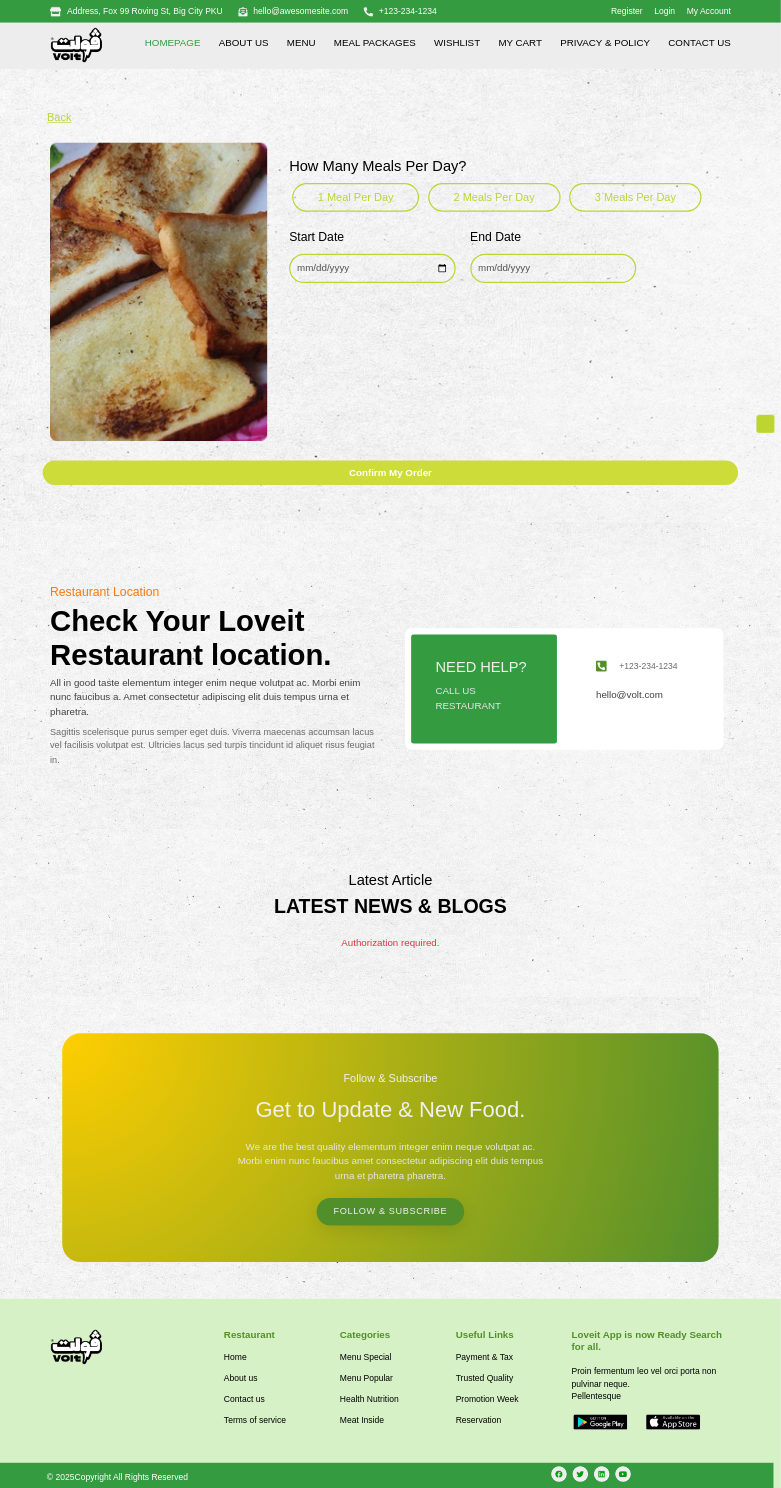
Repository: junivig/volt-new-project
Page: meal-packages-detail.html
An editor plug-in stored every save of this project. The page is shown before and after the next save, followed by the edit.
The browser window is 1280 px wide. The pictures show the whole page, at 61% of full size.

Above is the page before, as saved 2025-02-27 15:37:27.

After the next save:
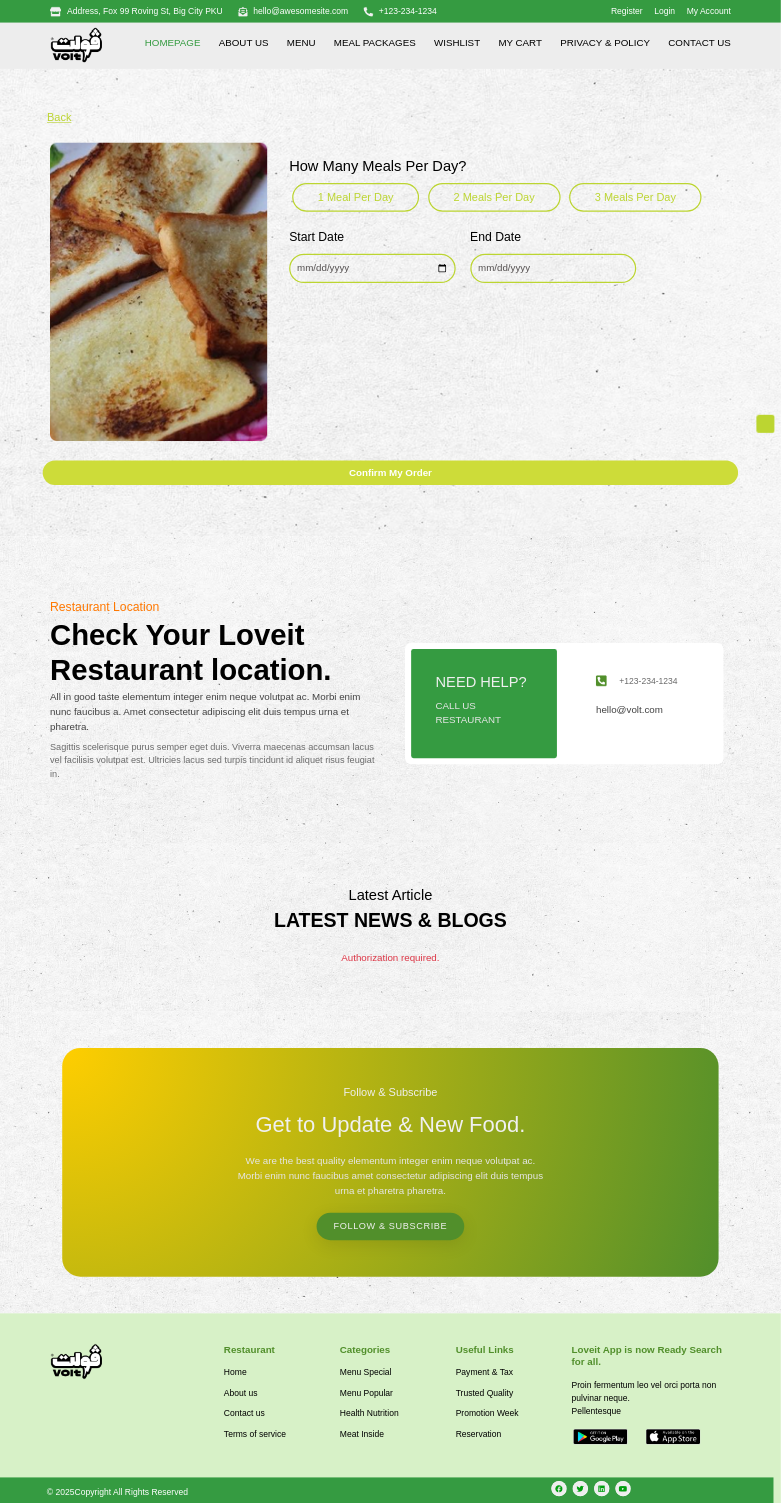
Saved 15 s later.
--- a/meal-packages-detail.html
+++ b/meal-packages-detail.html
@@ -193,6 +193,10 @@
                 <div class="row mt-4">
                   <button id="order-submit" class="btn btn-meal-details mt-2">Confirm My Order </button>
                 </div>
+
+                <div class="row mt-4">
+                  <form id="payment-form" action="http://127.0.0.1:5500/payment-success.html" class="paymentWidgets" data-brands="VISA MASTER MADA"></form>
+                </div>
               </div>
             </section><!-- /Signature Section -->
 
